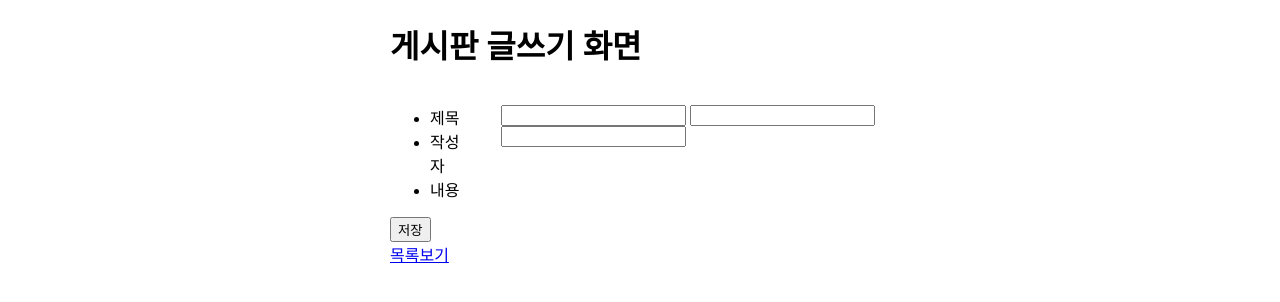
Repository: saysang22/servlet
Page: http://localhost/bbs/write.jsp
The author's editor kept a copy of each file at every save. The page is drawn from the files as they stood at one save, then again after the next save.
The browser window is 1280 px wide. The pictures show the whole page.
The page is served by Tomcat 10. Other server files are loaded and not shown.

Above is the page before, as saved 2024-06-05 01:46:28.

### bbs/src/main/webapp/write.jsp
<%@ page language="java" contentType="text/html; charset=UTF-8"
    pageEncoding="UTF-8"%>
<!DOCTYPE html>
<html>
<head>
<meta charset="UTF-8">
<title>글쓰기</title>
<style>
	.wrap {
		width: 500px;
		margin: 0 auto;
	}

	.inputWrap {
		display: flex;
	}
</style>
</head>
<body>
	<div class="wrap">
		<h1>게시판 글쓰기 화면</h1>
		<form action="write.do" method="post">
			<div class="inputWrap">
				<ul>
					<li><label>제목</label></li>
					<li><label>작성자</label></li>
					<li><label>내용</label></li>
				</ul>
				<ul>
					<input type="text" name="title">
					<input type="text" name="author">
					<input type="text" name="content">
				</ul>
			</div>
			<input type="submit" value="저장">
		</form>
		<a href="list.do" class="btn">목록보기</a>
	</div>
</body>
</html>

After the next save:
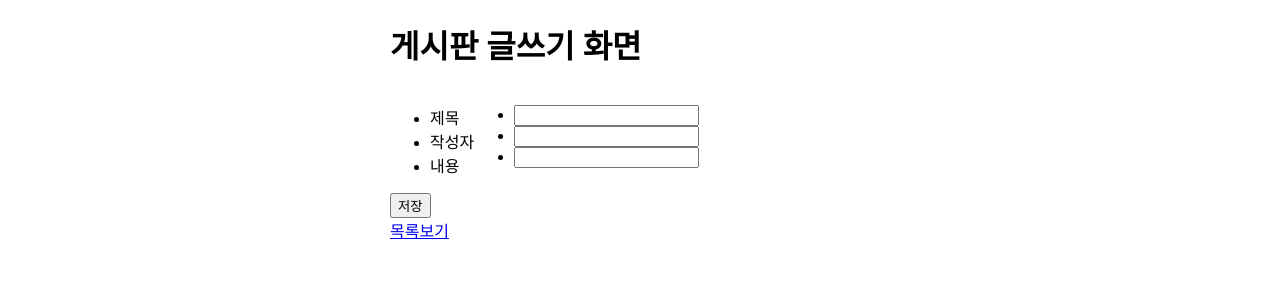
Saved 47 s later.
--- a/bbs/src/main/webapp/write.jsp
+++ b/bbs/src/main/webapp/write.jsp
@@ -27,9 +27,9 @@
 					<li><label>내용</label></li>
 				</ul>
 				<ul>
-					<input type="text" name="title">
-					<input type="text" name="author">
-					<input type="text" name="content">
+					<li><input type="text" name="title"></li>
+					<li><input type="text" name="author"></li>
+					<li><input type="text" name="content"></li>
 				</ul>
 			</div>
 			<input type="submit" value="저장">
